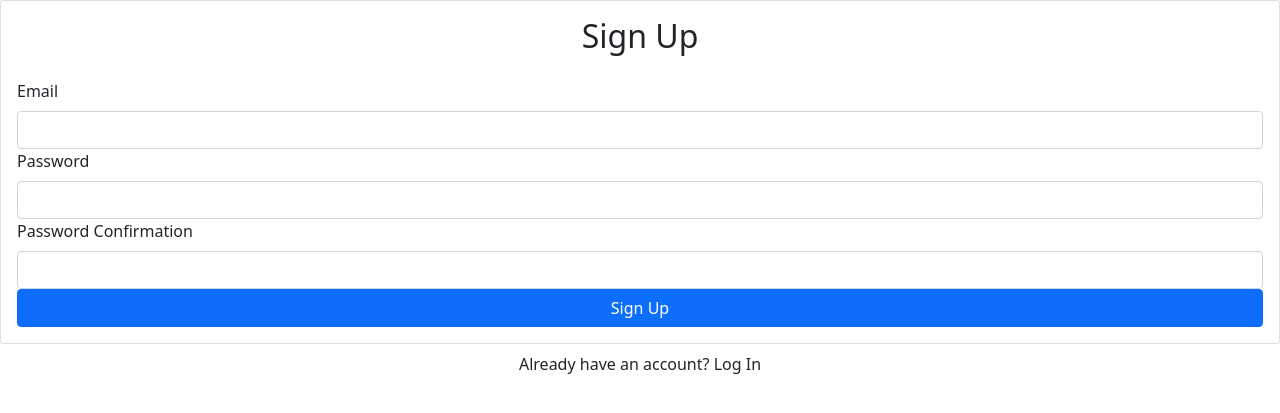
Repository: carinvid/reach-eshop
Page: /signup
An editor plug-in stored every save of this project. The page is shown before and after the next save, followed by the edit.
The browser window is 1280 px wide. The pictures show the whole page.
The page's requests for data from a server got no answer. The project was rebuilt for these pictures with package versions that can differ from the ones it lists, and the page was loaded fresh each time. No one was signed in, and anything a server would have sent is missing. Also part of the build but not shown: src/Header.css, src/Header.js, src/Home.css, src/Product.css, src/Product.js, src/Home.js, src/Checkout.css, src/CheckoutProduct.css and 7 more.

Above is the page before, as saved 2022-04-06 15:19:09.

After the next save:
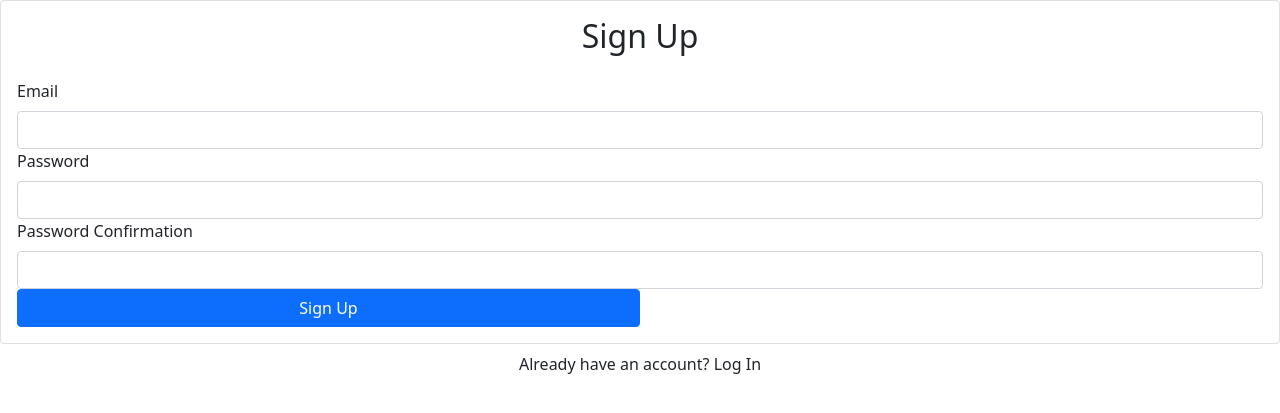
Saved 2 min 21 s later.
--- a/src/Signup.js
+++ b/src/Signup.js
@@ -25,7 +25,7 @@ export default function Signup() {
                         <Form.Label>Password Confirmation</Form.Label>
                         <Form.Control type="password" ref={passwordConfirmRef} required ></Form.Control>
                     </Form.Group>
-                    <Button className="w-100" type="submit">Sign Up</Button>
+                    <Button className="w-50" type="submit">Sign Up</Button>
             </Form>
         </Card.Body>
     </Card>
